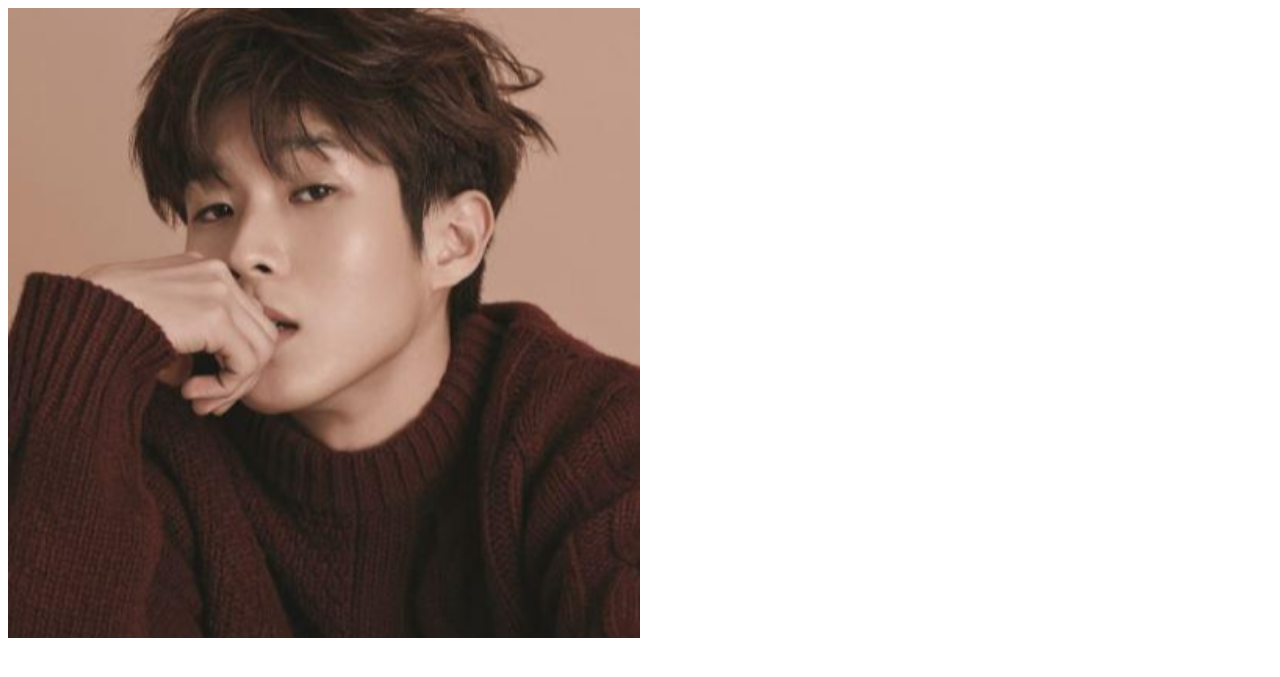
Repository: sungeunbyeol/Nowon-ezen-jsp
Page: test/WebContent/test06.html
An editor plug-in stored every save of this project. The page is shown before and after the next save, followed by the edit.
The browser window is 1280 px wide. The pictures show the whole page.

Above is the page before, as saved 2021-11-02 02:40:55.

### test/WebContent/test06.html
<!-- test06.html -->
<!DOCTYPE html>
<html>
<head>
<meta charset="EUC-KR">
<title>우시기 이미지</title>
</head>
<body>
	<img src="sexy.png" width="50%" height="50%" align="center"/>
</body>
</html>

After the next save:
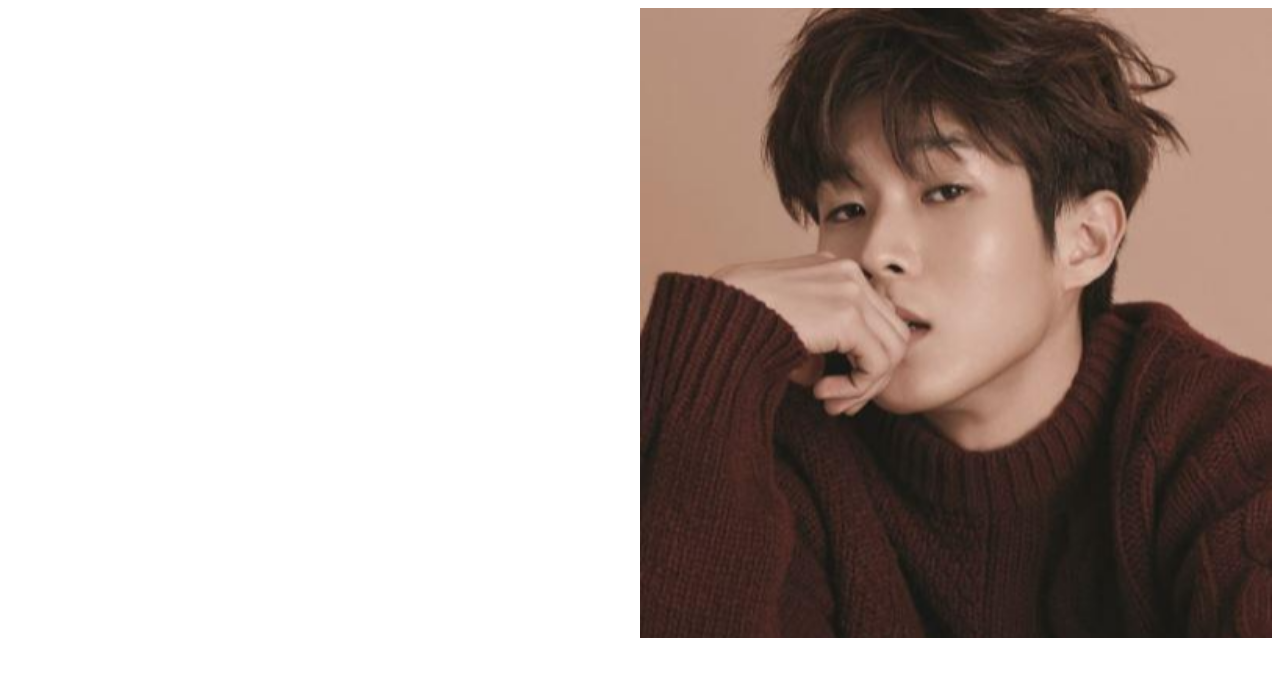
Saved 14 s later.
--- a/test/WebContent/test06.html
+++ b/test/WebContent/test06.html
@@ -6,6 +6,6 @@
 <title>우시기 이미지</title>
 </head>
 <body>
-	<img src="sexy.png" width="50%" height="50%" align="center"/>
+	<img src="sexy.png" width="50%" height="50%" align="right"/>
 </body>
 </html>
